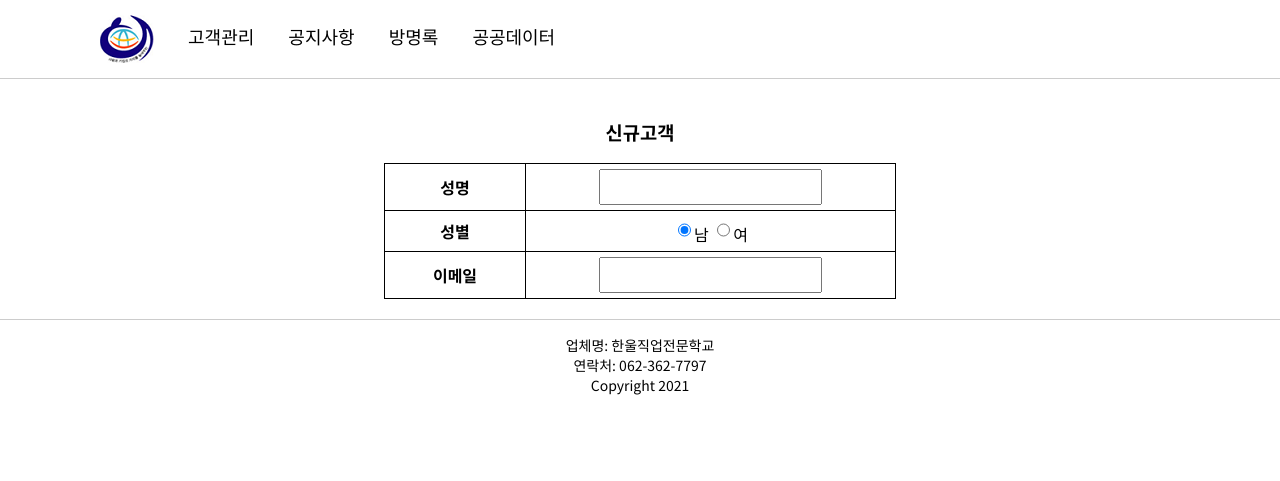
Repository: JSY93/spring-web
Page: http://localhost/iot/WEB-INF/views/customer/new.jsp
The author's editor kept a copy of each file at every save. The page is drawn from the files as they stood at one save, then again after the next save.
The browser window is 1280 px wide. The pictures show the whole page.
The page is served by Tomcat 9. Nobody is signed in. Other server files are loaded and not shown. The template is opened directly, without the code that normally fills it, so the values that code supplies are empty.

Above is the page before, as saved 2021-01-12 05:28:14.

### Study_Spring/iot/src/main/webapp/WEB-INF/views/customer/new.jsp
<%@ page language="java" contentType="text/html; charset=UTF-8" pageEncoding="UTF-8"%>
<!DOCTYPE html>
<html>
<head>
<meta charset="UTF-8">
<title>Insert title here</title>
</head>
<body>
<jsp:include page="/WEB-INF/views/include/header.jsp"/>
<div id='content'>
<h3>신규고객</h3>
<form>
<table class='w-pct40'>
<tr><th class='w-px120'>성명</th>
	<td><input type='text' name='name' /></td>
</tr>
<tr><th>성별</th>
	<td><label><input type='radio' checked name='gender' value='남'/>남</label>
		<label><input type='radio' name='gender' value='여'/>여</label>
	</td>
</tr>
<tr><th>이메일</th>
	<td><input type='text' name='email' /></td>
</tr>
</table>

</form>



</div>
<jsp:include page="/WEB-INF/views/include/footer.jsp"/>

</body>
</html>

### Study_Spring/iot/src/main/webapp/WEB-INF/views/include/header.jsp
<%@ page language="java" contentType="text/html; charset=UTF-8"
    pageEncoding="UTF-8"%>
<%@ taglib prefix="c" uri="http://java.sun.com/jsp/jstl/core" %>
<link rel='stylesheet' type='text/css'
		href='css/common.css?v=<%=new java.util.Date().getTime() %>'>
<header style='border-bottom:1px solid #ccc; padding:15px 0; text-align:left'>
	<div class='category' style='margin-left:100px'>
	<ul>
		<li><a href='<c:url value="/" />'><img src='imgs/hanul.logo.png'/></a></li>
		<li><a class="${category eq 'cu' ? 'active' : ''}" href='list.cu'>고객관리</a></li>
		<li><a class="${category eq 'no' ? 'active' : ''}" href='list.no'>공지사항</a></li>
		<li><a class="${category eq 'bo' ? 'active' : ''}" href='list.bo'>방명록</a></li>
		<li><a class="${category eq 'da' ? 'active' : ''}" href='list.da'>공공데이터</a></li>
	</ul>
	</div>
</header>
<style>
header ul, header ul li {
	margin:0; padding:0; display:inline }
.category { font-size:18px }
.category li:not(:first-child) { padding-left:30px }
.category li a:hover,
.category li a.active { font-weight:bold; color:#0000cd; }
</style>

### Study_Spring/iot/src/main/webapp/WEB-INF/views/include/footer.jsp
<%@ page language="java" contentType="text/html; charset=UTF-8"
    pageEncoding="UTF-8"%>
<footer style='font-size:14px; border-top:1px solid #ccc; padding:15px 0;'>
	<div>업체명: 한울직업전문학교</div>
	<div>연락처: 062-362-7797</div>
	<div>Copyright 2021</div>
</footer>

### Study_Spring/iot/src/main/webapp/resources/css/common.css
@charset "UTF-8";
@import url('https://fonts.googleapis.com/css2?family=Noto+Sans+KR&display=swap');

body{
	margin:0 auto;
	text-align:center;
	font-family: 'Noto Sans KR', sans-serif;
}
a:link, a:visited { text-decoration:none; color:#000; }
#content{ padding:20px 0; min-width:1280px; }
img { vertical-align:middle; }

table {
	width:80%;
	margin:0 auto;
	border:1px solid;
	border-collapse:collapse;
}
table th, table td {
	border:1px solid;
	padding: 5px 10px;
}

.btnSet { margin-top:20px; }
a.btn-fill, a.btn-empty {
	text-align:center;
	padding: 3px 10px;
	border:1px solid #3367d6;
	border-radius:3px;
}
a.btn-fill {
	background-color: #3367d6;
	color: #fff;
}
a.btn-empty {
	background-color: #fff;
	color: #3367d6;
}

input {
	height:22px; padding: 5px 10px;
	font-size:15px;
}


.w-pct80 { width:80% }
.w-pct60 { width:60% }
.w-pct50 { width:50% }
.w-pct40 { width:40% }
.w-px300 { width:300px; }
.w-px200 { width:200px; }
.w-px100 { width:100px; }
.w-px80 { width:80px; }
.w-px60 { width:60px; }
.w-px40 { width:40px; }
.w-px180 { width:180px; }
.w-px160 { width:160px; }
.w-px140 { width:140px; }
.w-px120 { width:120px; }

After the next save:
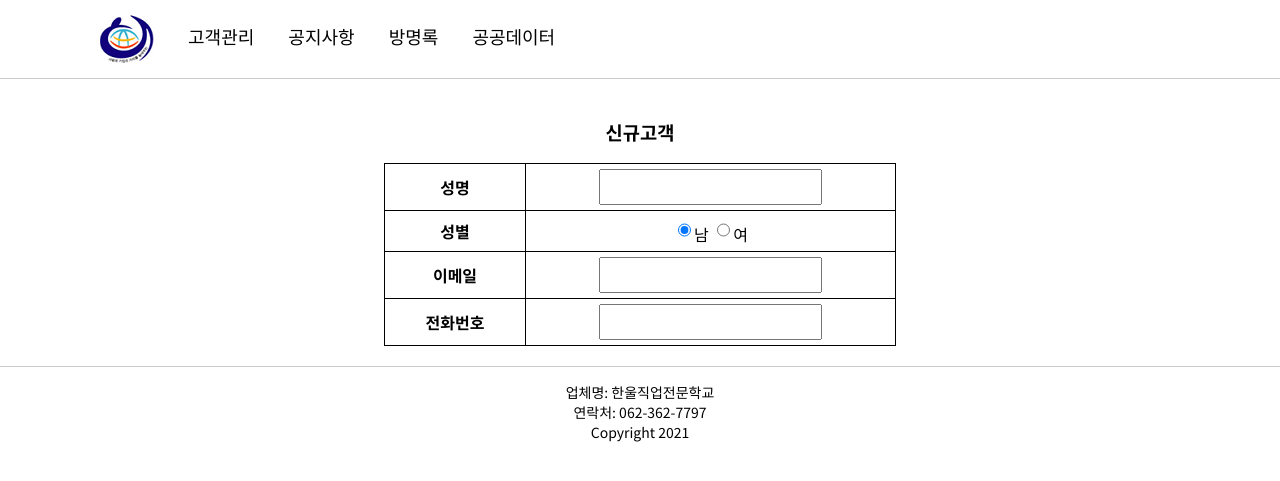
Saved 33 s later.
--- a/Study_Spring/iot/src/main/webapp/WEB-INF/views/customer/new.jsp
+++ b/Study_Spring/iot/src/main/webapp/WEB-INF/views/customer/new.jsp
@@ -22,6 +22,9 @@
 <tr><th>이메일</th>
 	<td><input type='text' name='email' /></td>
 </tr>
+<tr><th>전화번호</th>
+	<td><input type='text' name='phone' /></td>
+</tr>
 </table>
 
 </form>
